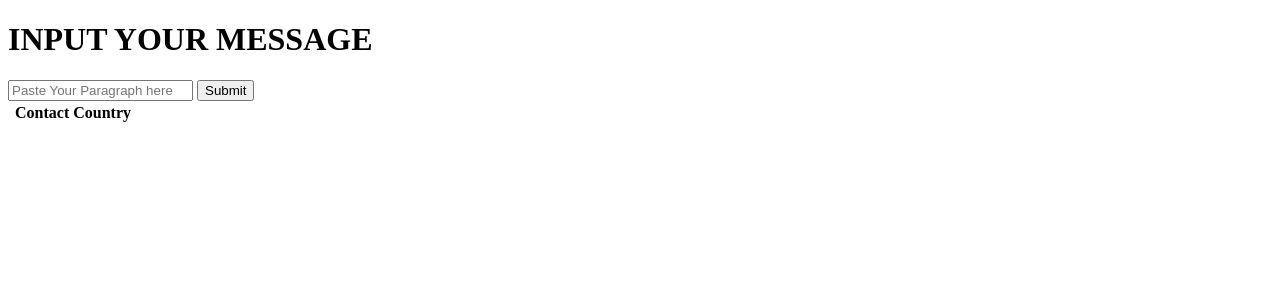
Repository: SharonSebastian32/Paragraph_management_application
Page: index.html
An editor plug-in stored every save of this project. The page is shown before and after a run of saves, followed by the edit.
The browser window is 1280 px wide. The pictures show the whole page.

Above is the page before, as saved 2024-08-22 14:30:27.

### index.html
<!DOCTYPE html>
<html lang="en">
  <head>
    <meta charset="UTF-8" />
    <meta name="viewport" content="width=device-width, initial-scale=1.0" />
    <title>Document</title>
  </head>
  <body>
    <div class="container">
      <h1>INPUT YOUR MESSAGE</h1>
      <form action="">
        <input
          type="textarea"
          name=""
          id=""
          placeholder="Paste Your Paragraph here"
        />
        <button>Submit</button>
        <table>
            <tr>
    <th></th>
    <th>Contact</th>
    <th>Country</th>
  </tr>
        </table>
      </form>
    </div>
  </body>
</html>

After the next 2 saves:
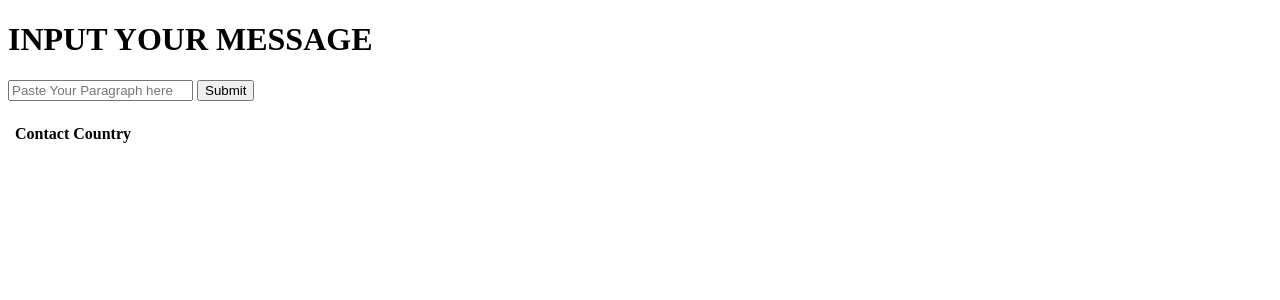
The 2 saves are shown as one change because they came seconds apart.
The last was saved 5 s later.
--- a/index.html
+++ b/index.html
@@ -16,6 +16,7 @@
           placeholder="Paste Your Paragraph here"
         />
         <button>Submit</button>
+        <h1></h1>
         <table>
             <tr>
     <th></th>
